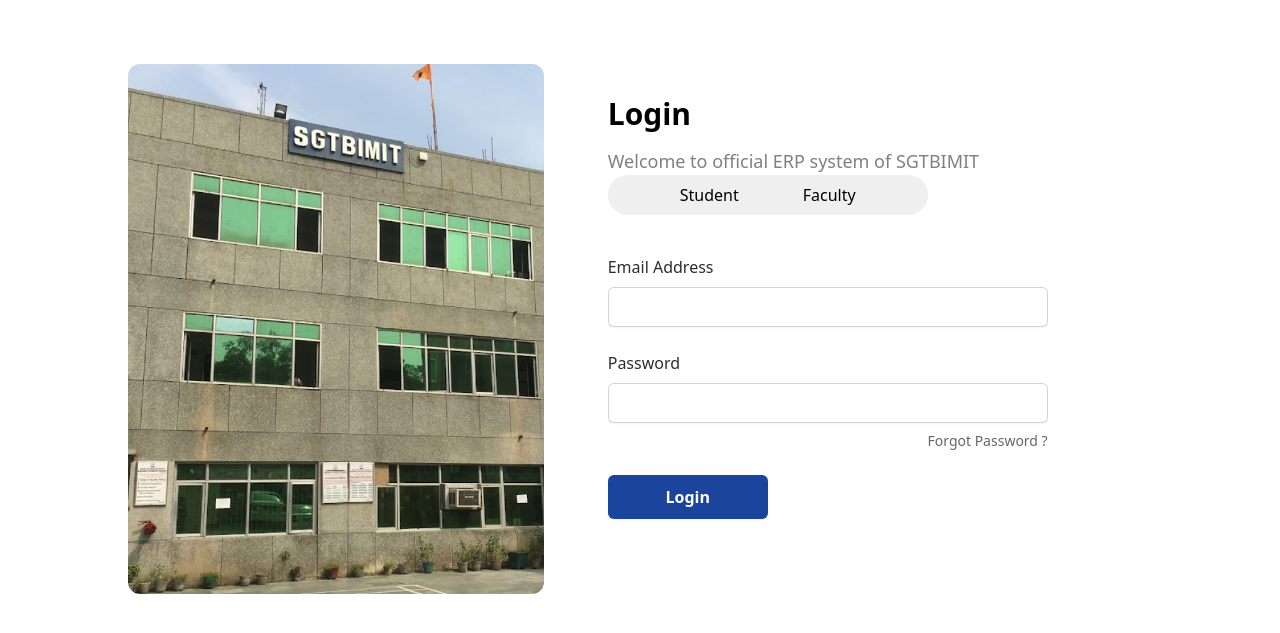
Repository: SehajBindra/SGTBIMIT-ERP-Client
Page: /StudentLogin
These files come from the project's save history. The page is drawn as it stood at one moment and after the next save; the edit follows.
The browser window is 1280 px wide. The pictures show the whole page.
The project was rebuilt for these pictures with package versions that can differ from the ones it lists, and the page was loaded fresh each time. Also part of the build but not shown: src/LOGIN/Login.js, src/LOGIN/FACULTY/FacultyLogin.js, src/STUDENT_PAGE/StuBody.js, src/STUDENT_PAGE/StuSidebar.js, src/STUDENT_PAGE/StuHeader.js, src/STUDENT_PAGE/StudentHome.js, src/FACULTY_PAGE/FacBody.js, src/FACULTY_PAGE/FacHeader.js and 2 more.

Above is the page before, as saved 2023-05-14 16:47:32.

### src/App.js
import React from 'react';
import { BrowserRouter as Router, Routes, Route } from "react-router-dom";
import './App.css';
import Login from './LOGIN/Login';
import StudentLogin from './LOGIN/STUDENT/StudentLogin';
import FacultyLogin from './LOGIN/FACULTY/FacultyLogin';
import StuBody from './STUDENT_PAGE/StuBody';
import StudentHome from './STUDENT_PAGE/StudentHome';
import StuSidebar from './STUDENT_PAGE/StuSidebar';
import StuHeader from './STUDENT_PAGE/StuHeader';
import FacBody from './FACULTY_PAGE/FacBody';
import FacHeader from './FACULTY_PAGE/FacHeader';
import FacSidebar from './FACULTY_PAGE/FacSidebar';
import FacultyHome from './FACULTY_PAGE/FacultyHome';
function App() {
  return (
    <div className="App">
      <Router>
        <Routes>
        <Route exact path="/" element={<Login />}></Route>
        <Route exact path="StudentLogin" element={<StudentLogin/>}></Route>
        <Route exact path="FacultyLogin" element={<FacultyLogin/>}></Route>
        <Route exact path="StuBody" element={<StuBody/>}></Route>
        <Route exact path="StuSidebar" element={<StuSidebar/>}></Route>
        <Route exact path="StuHeader" element={<StuHeader/>}></Route>
        <Route exact path="StudentHome" element={<StudentHome/>}></Route>
        <Route exact path="FacBody" element={<FacBody/>}></Route>
        <Route exact path="FacHeader" element={<FacHeader/>}></Route>
        <Route exact path="FacSidebar" element={<FacSidebar/>}></Route>
        <Route exact path="FacultyHome" element={<FacultyHome/>}></Route>
        </Routes>
      </Router>
    </div>
  );
}

export default App;

### src/LOGIN/STUDENT/StudentLogin.js
import React, { useEffect, useState } from "react";
import VisibilityIcon from "@mui/icons-material/Visibility";
import VisibilityOffIcon from "@mui/icons-material/VisibilityOff";

const StudentLogin = () => {
  const [translate, setTranslate] = useState(false);
  const [username, setUsername] = useState("");
  const [password, setPassword] = useState("");
  const [showPassword, setShowPassword] = useState(false);
  const [loading] = useState(false);

  useEffect(() => {
    setTimeout(() => {
      setTranslate(true);
    }, 1000);
  }, []);

  return (
    <div className=" flex flex-row h-[530px] my-16 max-w-5xl mx-auto ">
      <div className=" flex-col flex  ">
        <img
          className="hidden md:inline h-[530px] object-cover rounded-xl"
          src="/sgtb.jpg"
          alt="banner_image"
        />
      </div>

      <div className="bg-white text-left flex  ml-16 flex-col my-8">
        <h2 className="text-3xl  font-semibold">Login</h2>
        <p className="text-[#7F8087] text-[18px] mt-4">
          Welcome to official ERP system of SGTBIMIT
        </p>

        <div
          className="flex  flex-row items-center  justify-center h-10 text-[#
            1B449C] bg-[#EEEE] max-w-xs  space-x-16 capitalize text-[16px] rounded-[32px]"
        >
          <p>student</p>
          <p className="">faculty</p>
        </div>

        <div>
          <div className="mt-10 text-[16px] capitalize  sm:w-full sm:max-w-sm">
            <form className="space-y-6" action="#" method="POST">
              <div>
                <label className="block text-left  font-normal leading-6 text-[#2D2D2D]">
                  Email address
                </label>
                <div className="mt-2">
                  <input
                    id="email"
                    name="email"
                    type="email"
                    autoComplete="email"
                    required
                    className="block w-[440px] rounded-md border-0 py-2 text-gray-900 shadow-sm ring-1 ring-inset ring-gray-300 placeholder:text-gray-400 focus:ring-2 focus:ring-inset focus:ring-indigo-600 sm:text-sm sm:leading-6"
                  />
                </div>
              </div>

              <div>
                <div className="flex items-center justify-between">
                  <label
                    htmlFor="password"
                    className="block  font-normal leading-6 text-[#2D2D2D]"
                  >
                    Password
                  </label>
                </div>
                <div className="mt-2">
                  <input
                    id="password"
                    name="password"
                    type="password"
                    autoComplete="current-password"
                    required
                    className="block w-[440px] rounded-md border-0 py-2 text-gray-900 shadow-sm ring-1 ring-inset ring-gray-300 placeholder:text-gray-400 focus:ring-2 focus:ring-inset focus:ring-indigo-600 sm:text-sm sm:leading-6"
                  />
                </div>
                <div className="text-sm text-right w-[440px] mt-2">
                  <a
                    href="#"
                    className=" font-medium text-black/60 hover:text-black/60"
                  >
                    Forgot password ?
                  </a>
                </div>
              </div>

              <div>
                <button
                  type="submit"
                  className="flex w-40 justify-center rounded-md bg-[#1B449C] px-3 py-2.5 text-[16px] font-semibold leading-6 text-white shadow-sm hover:bg-indigo-500 focus-visible:outline focus-visible:outline-2 focus-visible:outline-offset-2 focus-visible:outline-indigo-600"
                >
                  Login
                </button>
              </div>
            </form>
          </div>
        </div>
      </div>
    </div>
  );
};

export default StudentLogin;

### src/LOGIN/Login.css
*{
    margin: 0;
    padding: 0;
}
.display{
    min-height: 100vh;
    width: 100%;
    background-image: url("back.jpg");
    background-repeat: no-repeat;
    background-size: cover;
    background-position: center;
    position: relative;

}

Loaded but not shown: public/index.html (common file); src/index.js (common file); src/index.css (common file); src/App.css (common file); tailwind.config.js (common file)

After the next save:
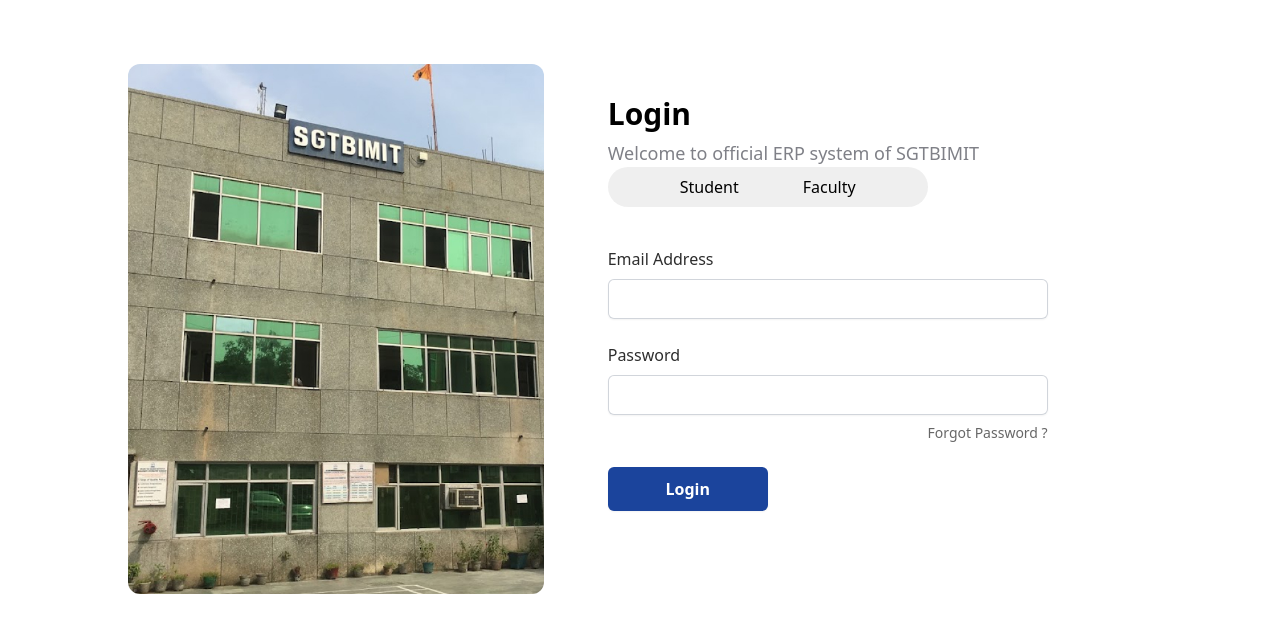
Saved 6 s later.
--- a/src/LOGIN/STUDENT/StudentLogin.js
+++ b/src/LOGIN/STUDENT/StudentLogin.js
@@ -27,7 +27,7 @@
 
       <div className="bg-white text-left flex  ml-16 flex-col my-8">
         <h2 className="text-3xl  font-semibold">Login</h2>
-        <p className="text-[#7F8087] text-[18px] mt-4">
+        <p className="text-[#7F8087] text-[18px] mt-2">
           Welcome to official ERP system of SGTBIMIT
         </p>
 
